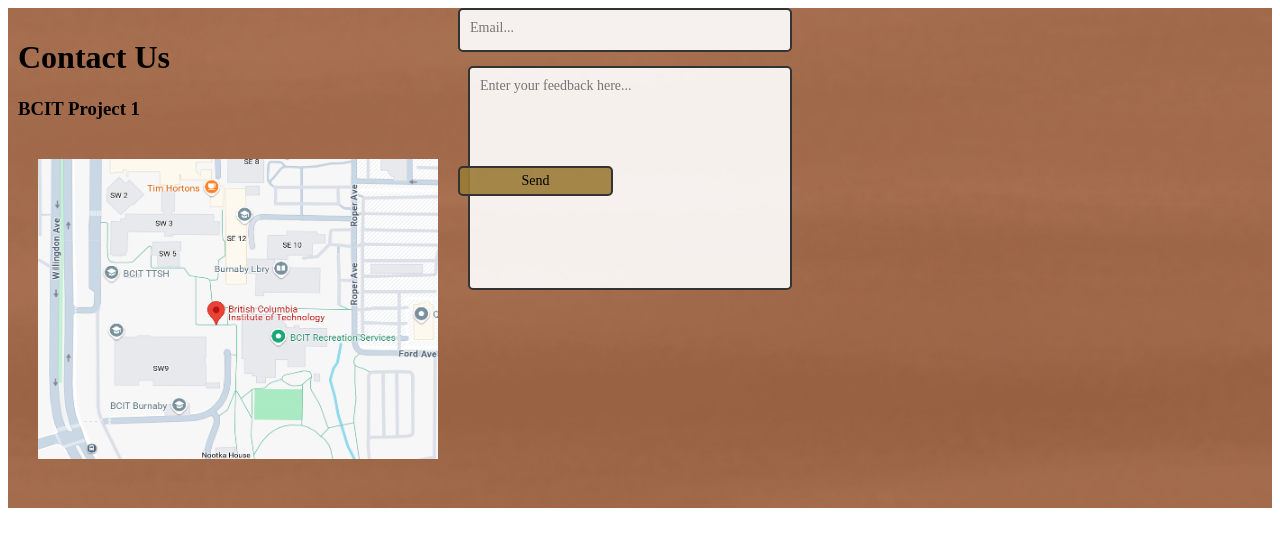
Repository: AlyssaHug/Bandit-Breakout
Page: index.html
The author's editor kept a copy of each file at every save. The page is drawn from the files as they stood at one save, then again after the next save.
The browser window is 1280 px wide. The pictures show the whole page.
Some web fonts or font styles are not loaded; a fallback is used.

Above is the page before, as saved 2025-05-06 23:10:36.

After the next save:
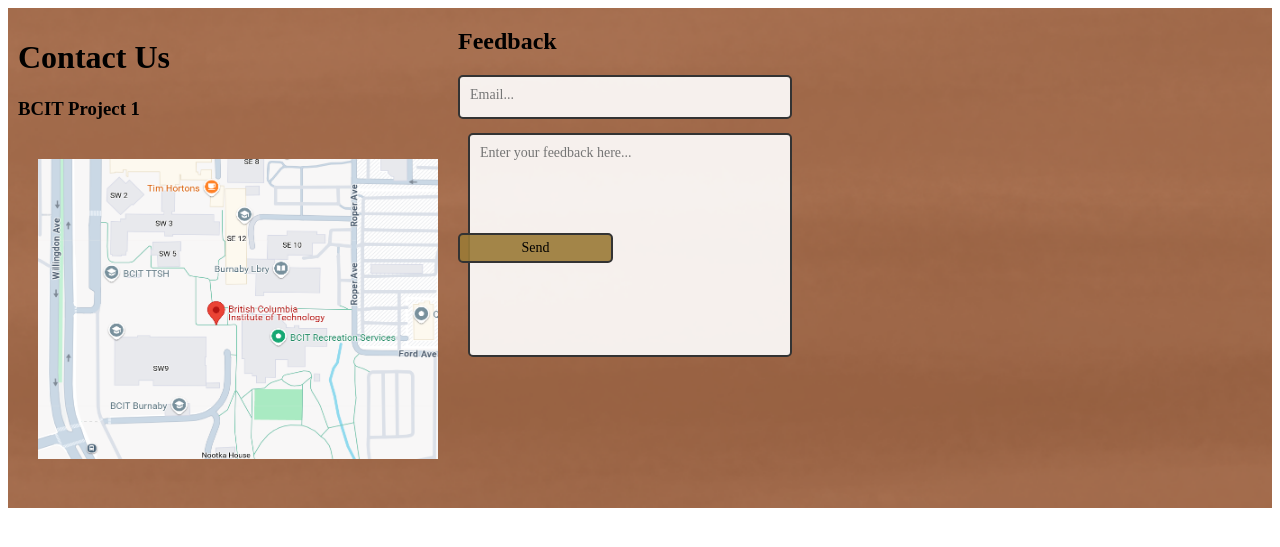
Saved 21 s later.
--- a/index.html
+++ b/index.html
@@ -26,6 +26,7 @@
                     alt="BCIT Map" />
             </div>
             <section class="feedback-section">
+                <h1>Feedback</h1>
                 <div class="feedback-email">
                     <textarea
                         class="email-text"
